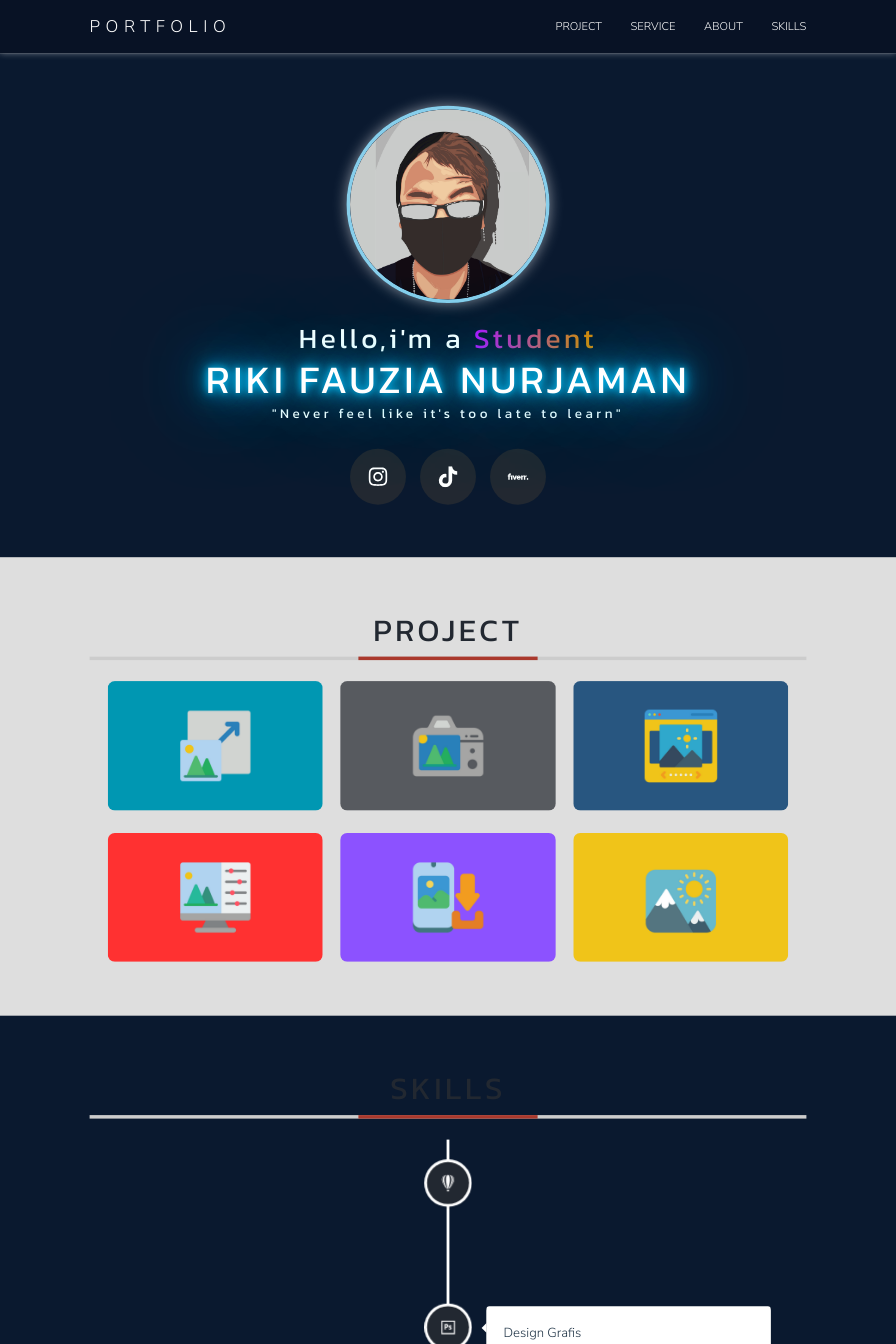
Repository: sellayspy/Portofolio
Page: /
The author's editor kept a copy of each file at every save. The page is drawn from the files as they stood at one save, then again after the next save.
The browser window is 1280 px wide. The pictures show the part of the page from y = 0 to 1920 px (the page is 3848 px tall), at 70% of full size.
The project was rebuilt for these pictures with package versions that can differ from the ones it lists, and the page was loaded fresh each time. Also part of the build but not shown: vite.config.js, src/styles/DetailPortfolio.css, src/components/ScrollToTop.jsx, src/pages/DetailPortfolio.jsx, src/pages/PagesNotFound.jsx.

Above is the page before, as saved 2024-09-15 12:37:36.

### index.html
<!DOCTYPE html>
<html lang="en">
  <head>
    <meta charset="UTF-8" />
    <link rel="icon" type="image/svg+xml" href="/vite.svg" />
    <meta name="viewport" content="width=device-width, initial-scale=1.0" />
    <title>Portofolio RikiFN</title>
  </head>
  <body>
    <div id="root"></div>
    <script type="module" src="/src/main.jsx"></script>
  </body>
</html>

### src/App.jsx
import "./App.css";
import Home from "./pages/Home";
import DetailPortfolio from "./pages/DetailPortfolio";

import { BrowserRouter, Routes, Route } from "react-router-dom";
import PagesNotFound from "./pages/PagesNotFound";

const App = () => {
  return (
    <BrowserRouter>
      <Routes>
        <Route path="/" element={<Home />} />
        <Route path="/portfolio/:id" element={<DetailPortfolio />} />
        <Route path="/pages-not-found" element={<PagesNotFound />} />
        <Route path="*" element={<PagesNotFound />} />
      </Routes>
    </BrowserRouter>
  );
};

export default App;

### src/App.css
/* Global */
@import url("https://fonts.googleapis.com/css2?family=Nunito+Sans:opsz,wght@6..12,300&display=swap");
@import url("https://fonts.googleapis.com/css2?family=Kanit&display=swap");

html,
body {
  margin: 0px;
  padding: 0px;
  font-size: 16px;
  font-family: "Nunito Sans", sans-serif;
  scroll-behavior: smooth;
  background-color: #dedede;
}
.wrapper {
  width: 1024px;
  margin: auto;
  padding: 20px 0px 20px 0px;
}

section {
  padding: 50px 0px 50px 0px;
}

.wrapper > h3,
.wrapper > h1 {
  text-align: center;
  font-size: 2.8rem;
  margin: 0px 0px 30px 0px;
  padding: 0px;
  font-family: "Kanit", sans-serif;
  color: #222831;
  letter-spacing: 5px;
  text-transform: uppercase;
  border-bottom: 5px solid #cccccc;
}
.wrapper > h3::after,
.wrapper > h1::after {
  content: "";
  display: block;
  border-bottom: 5px solid #aa392d;
  width: 25%;
  position: relative;
  bottom: -5px; /* your padding + border-width */
  margin: auto;
}

@media only screen and (max-width: 1000px) {
  .wrapper {
    width: 80%;
  }
}

### src/pages/Home.jsx
import About from "../components/About";
import Experience from "../components/Experience";
import Footer from "../components/Footer";
import Header from "../components/Header";
import Navbar from "../components/Navbar";
import Portfolio from "../components/Portfolio";

function Home() {
  return (
    <>
      <Navbar />
      <Header />
      <Portfolio />
      <Experience />
      <About />
      <Footer />
    </>
  );
}

export default Home;

### src/components/About.jsx
import { FaHtml5 } from "react-icons/fa";
import { IoLogoJavascript } from "react-icons/io";
import { FaCss3 } from "react-icons/fa";
import { FaLaravel } from "react-icons/fa";
import { FaReact } from "react-icons/fa";
import { RiTailwindCssFill } from "react-icons/ri";
import { SiCoreldraw } from "react-icons/si";
import { SiAdobephotoshop } from "react-icons/si";
import "../styles/About.css";

const About = () => {
  return (
    <section id="about">
      <div className="wrapper">
        <h3>About</h3>
        <p>
          Lorem ipsum dolor sit amet consectetur adipisicing elit. Totam magni,
          dolorum, explicabo obcaecati ut impedit officiis quae non natus
          praesentium ex, excepturi asperiores laboriosam distinctio vitae
          cupiditate nulla debitis consectetur?
        </p>
        <p>
          Lorem ipsum dolor sit amet consectetur, adipisicing elit. Corporis,
          similique.
        </p>
        <p>Lorem ipsum dolor sit amet.</p>
        <h4>Programing Language & Tools</h4>
        <div className="skills">
          <FaHtml5 />
          <FaCss3 />
          <IoLogoJavascript />
          <RiTailwindCssFill />
          <FaLaravel />
          <FaReact />
          <SiCoreldraw />
          <SiAdobephotoshop />
        </div>
      </div>
    </section>
  );
};

export default About;

### src/components/Experience.jsx
import {
  VerticalTimeline,
  VerticalTimelineElement,
} from "react-vertical-timeline-component";
import "react-vertical-timeline-component/style.min.css";
import { SiNestjs } from "react-icons/si";
import { FaLaravel } from "react-icons/fa";
import { RiReactjsLine } from "react-icons/ri";
import { RiNextjsFill } from "react-icons/ri";
import { FaJava } from "react-icons/fa";
import { SiCoreldraw } from "react-icons/si";
import { DiPhotoshop } from "react-icons/di";
import "../styles/Experience.css";
const Experience = () => {
  return (
    <section id="experience">
      <div className="wrapper">
        <h3>Skills</h3>

        <VerticalTimeline>
          <VerticalTimelineElement
            className="vertical-timeline-element--work"
            iconStyle={{ background: "#222831", color: "#fff" }}
            icon={<SiCoreldraw />}
          >
            <h3 className="vertical-timeline-element-title">Design Grafis</h3>
            <h4 className="vertical-timeline-element-subtitle">
              2018 - Present
            </h4>
            <p>User Experience, Visual Design</p>
          </VerticalTimelineElement>
          <VerticalTimelineElement
            className="vertical-timeline-element--work"
            iconStyle={{ background: "#222831", color: "#fff" }}
            icon={<DiPhotoshop />}
          >
            <h3 className="vertical-timeline-element-title">Design Grafis</h3>
            <h4 className="vertical-timeline-element-subtitle">
              2018 - Present
            </h4>
            <p>User Experience, Visual Design</p>
          </VerticalTimelineElement>
          <VerticalTimelineElement
            className="vertical-timeline-element--work"
            iconStyle={{ background: "#222831", color: "#fff" }}
            icon={<RiReactjsLine />}
          >
            <h3 className="vertical-timeline-element-title">Web Development</h3>
            <h4 className="vertical-timeline-element-subtitle">
              2018 - Present
            </h4>
            <p>User Experience, Visual Design</p>
          </VerticalTimelineElement>
          <VerticalTimelineElement
            className="vertical-timeline-element--work"
            date="2024 - present"
            iconStyle={{ background: "#222831", color: "#fff" }}
            icon={<RiNextjsFill />}
          >
            <h3 className="vertical-timeline-element-title">Web Designer</h3>
            <h4 className="vertical-timeline-element-subtitle">
              Los Angeles, CA
            </h4>
            <p>User Experience, Visual Design</p>
          </VerticalTimelineElement>
          <VerticalTimelineElement
            className="vertical-timeline-element--work"
            date="2024 - present"
            iconStyle={{ background: "#222831", color: "#fff" }}
            icon={<FaJava />}
          >
            <h3 className="vertical-timeline-element-title">Web Designer</h3>
            <h4 className="vertical-timeline-element-subtitle">
              Los Angeles, CA
            </h4>
            <p>User Experience, Visual Design</p>
          </VerticalTimelineElement>
          <VerticalTimelineElement
            className="vertical-timeline-element--work"
            date="2024 - present"
            iconStyle={{ background: "#222831", color: "#fff" }}
            icon={<SiCoreldraw />}
          >
            <h3 className="vertical-timeline-element-title">Web Designer</h3>
            <h4 className="vertical-timeline-element-subtitle">
              Los Angeles, CA
            </h4>
            <p>User Experience, Visual Design</p>
          </VerticalTimelineElement>
          <VerticalTimelineElement
            className="vertical-timeline-element--work"
            date="2024 - present"
            iconStyle={{ background: "#222831", color: "#fff" }}
            icon={<DiPhotoshop />}
          >
            <h3 className="vertical-timeline-element-title">Web Designer</h3>
            <h4 className="vertical-timeline-element-subtitle">
              Los Angeles, CA
            </h4>
            <p>User Experience, Visual Design</p>
          </VerticalTimelineElement>
        </VerticalTimeline>
      </div>
    </section>
  );
};

export default Experience;

### src/components/Footer.jsx
import "../styles/Footer.css";

const Footer = () => {
  return <footer>&copy; 2024. Riki Fauzia Nurjaman</footer>;
};

export default Footer;

### src/components/Header.jsx
import profilePicture from "../assets/test.png";
import { FaInstagram } from "react-icons/fa";
import { FaTiktok } from "react-icons/fa";
import { SiFiverr } from "react-icons/si";
import "../styles/Header.css";
const Header = () => {
  return (
    <header>
      <div className="header-jumbotron">
        <img src={profilePicture} />
        <div className="header-text">
          <h4>
            Hello,i'm a <span className="sec-text">Student</span>
          </h4>
          <h3>Riki Fauzia Nurjaman</h3>
          <p>"Never feel like it's too late to learn"</p>
        </div>
        <div className="socialMedia">
          <a href="https://www.instagram.com/rikifauzianurjaman/">
            <FaInstagram />
          </a>
          <a href="https://www.tiktok.com/@officialspylike">
            <FaTiktok />
          </a>
          <a href="https://www.fiverr.com/rikifauzianurja">
            <SiFiverr />
          </a>
        </div>
      </div>
    </header>
  );
};

export default Header;

### src/components/Navbar.jsx
import { FaBars } from "react-icons/fa6";
import { IoClose } from "react-icons/io5";
import "../styles/Navbar.css";
import { useState } from "react";
import { HashLink } from "react-router-hash-link";
import { Link } from "react-router-dom";

const Navbar = () => {
  const [statusTampil, setStatusTampil] = useState("");

  const tampilMenu = () => {
    if (statusTampil == "") {
      setStatusTampil("tampil");
    } else {
      setStatusTampil("");
    }
  };
  return (
    <nav>
      <div className="wrapper">
        <div className="logo">
          <Link to="/">Portfolio</Link>
        </div>
        <button onClick={tampilMenu}>
          {statusTampil == "" ? <FaBars /> : <IoClose />}
        </button>
        <div className={`menu ${statusTampil}`} onClick={tampilMenu}>
          <ul>
            <li>
              <HashLink to="/#portfolio">Project</HashLink>
            </li>
            <li>
              <HashLink to="/#contact">Service</HashLink>
            </li>
            <li>
              <HashLink to="/#about">About</HashLink>
            </li>
            <li>
              <HashLink to="/#experience">Skills</HashLink>
            </li>
          </ul>
        </div>
      </div>
    </nav>
  );
};

export default Navbar;

### src/components/Portfolio.jsx
import { portfolioList } from "../data/DataPortfolio";

import { Link } from "react-router-dom";

import "../styles/Portfolio.css";

const Portfolio = () => {
  return (
    <section id="portfolio">
      <div className="wrapper">
        <h3>Project</h3>
        <div className="grid">
          {portfolioList.map((item) => {
            return (
              <div className="item" key={item.id}>
                <Link to={`/portfolio/${item.id}`}>
                  <img src={item.image} />
                </Link>
              </div>
            );
          })}
        </div>
      </div>
    </section>
  );
};

export default Portfolio;

### src/data/DataPortfolio.jsx
import portfolio1 from "../assets/portfolio1.png";
import portfolio2 from "../assets/portfolio2.png";
import portfolio3 from "../assets/portfolio3.png";
import portfolio4 from "../assets/portfolio4.png";
import portfolio5 from "../assets/portfolio5.png";
import portfolio6 from "../assets/portfolio6.png";

export const portfolioList = [
  {
    id: "1",
    title: "Website Portofolio",
    image: portfolio1,
    skill: "html, css, javascript",
  },
  {
    id: "2",
    title: "Website Portofolio2",
    image: portfolio2,
    skill: "laravel, react, api, typescript, tailwind",
  },
  {
    id: "3",
    title: "Website Portofolio3",
    image: portfolio3,
    skill: "react, javascript, css, html",
  },
  {
    id: "4",
    title: "Website Portofolio4",
    image: portfolio4,
    skill: "reactjs, typescript, tailwind, nodejs",
  },
  {
    id: "5",
    title: "Desain Grafis Portofolio",
    image: portfolio5,
    skill: "adobephotoshop, coreldraw",
  },
  {
    id: "6",
    title: "Desain Grafis Portofolio2",
    image: portfolio6,
    skill: "adobephotoshop, coreldraw",
  },
];

### src/styles/About.css
#about {
  background-color: #eaedef;
  position: relative;
  font-size: 1.2rem;
}
#about > .wrapper {
  margin: auto;
  width: 50%;
}
#about > .wrapper > h3 {
  text-align: center;
  font-size: 2.8rem;
  margin: 0px 0px 30px 0px;
  padding: 0px;
  font-family: "Kanit", sans-serif;
  color: #333;
  letter-spacing: 5px;
  text-transform: uppercase;
}
#about > .wrapper > p {
  text-align: center;
}

#about > .wrapper > h4 {
  text-align: center;
  font-size: 1.4rem;
  margin: 0px 0px 20px 0px;
  padding: 0px;
  font-family: "Kanit", sans-serif;
  letter-spacing: 5px;
  color: #333;
}
.skills {
  text-align: center;
}
.skills > svg {
  display: inline-block;
  color: #74797e;
  width: 50px;
  height: auto;
  margin: 10px;
  cursor: pointer;
}

.skills > svg:hover {
  color: #aa392d;
}

@media only screen and (max-width: 1000px) {
  #about > .wrapper {
    width: 80%;
  }
}

### src/styles/Experience.css
#experience {
  background-color: #0a192f;
  position: relative;
}

### src/styles/Footer.css
footer {
  background-color: #39404a;
  text-align: center;
  line-height: 100px;
  color: #fff;
  letter-spacing: 5px;
}

### src/styles/Header.css
header {
  background-color: #0a192f;
  height: 100vh;
  background-position: center center;
  position: relative;
  font-family: "Kanit", sans-serif;
  letter-spacing: 5px;
}

.header-jumbotron {
  position: absolute;
  top: 0;
  left: 0;
  display: flex;
  width: 100%;
  height: 100%;
  justify-content: center;
  align-items: center;
  flex-direction: column;
  text-align: center;
}
.header-jumbotron > img {
  width: 280px;
  border: 5px solid skyblue;
  border-radius: 100%;
  box-shadow: 0px 0px 20px rgba(255, 255, 255, 0.5);
}

.header-jumbotron > .header-text > h4 {
  color: #fff;
  margin: 20px 0px 0px 0px;
  padding: 0px;
  font-size: 2.5rem;
}

.header-jumbotron > .header-text > h4 > span {
  position: relative;
}

.sec-text {
  background: linear-gradient(270deg, #df8908 10%, #b415ff 100%);
  background-clip: text;
  -webkit-background-clip: text;
  -webkit-text-fill-color: transparent;
}

.header-jumbotron > .header-text > h3 {
  position: relative;
  color: #0e3742; /* Warna awal sebelum animasi */
  margin: 10px 0px 0px 0px;
  padding: 0px;
  font-size: 3.5rem;
  text-transform: uppercase;
  line-height: 0.7em;
  outline: none;
  animation: animate 5s linear forwards; /* Menggunakan forwards agar berhenti di akhir */
}

@keyframes animate {
  0% {
    color: #0e3742; /* Warna teks awal */
    text-shadow: none; /* Tidak ada bayangan teks di awal */
  }
  100% {
    color: #fff; /* Warna teks saat menyala */
    text-shadow: 0 0 10px #03bcf4, 0 0 20px #03bcf4, 0 0 40px #03bcf4,
      0 0 80px #03bcf4, 0 0 160px #03bcf4; /* Efek cahaya di akhir animasi */
  }
}

.header-jumbotron > .header-text > p {
  padding: 15px;
  margin: 0px 5px 20px 5px;
  color: #fff;
  font-size: 1.2rem;
}
.socialMedia {
  color: #fff;
  display: flex;
  gap: 20px;
}

.socialMedia > a {
  background-color: #222831;
  color: #fff;
  width: 80px;
  height: 80px;
  border-radius: 50%;
  display: flex;
  justify-content: center;
  align-items: center;
  transition: transform 0.3s ease-in-out;
}
.socialMedia > a > svg {
  height: 30px;
  width: auto;
}
.socialMedia > a:hover {
  background-color: #aa392d;
  box-shadow: 0px 0px 10px rgba(255, 255, 255, 0.5);
  transform: scale(1.2);
}

@media only screen and (max-width: 1000px) {
  .socialMedia > a {
    width: 60px;
    height: 60px;
  }

  .socialMedia > a > svg {
    height: 30px;
    width: auto;
  }
}

### src/styles/Navbar.css
nav {
  background-color: #081225;
  color: #fff;
  position: sticky;
  top: 0;
  z-index: 100;
  text-transform: uppercase;
  box-shadow: 0px 0px 10px rgba(255, 255, 255, 0.5);
}
nav > .wrapper {
  display: flex;
  justify-content: space-between;
  align-items: center;
}

.menu {
  width: 35%;
}

.logo {
  display: flex;
  align-items: center;
}
.logo > a {
  color: #fff;
  text-decoration: none;
  font-size: 1.5rem;
  font-weight: 900;
  letter-spacing: 8px;
}
.menu > ul {
  display: flex;
  list-style-type: none;
  margin: 0px;
  padding: 0px;
  justify-content: space-between;
  font-weight: bold;
}

.menu > ul > li > a {
  position: relative;
  text-decoration: none;
  color: #fff;
}

.menu > ul > li > a::before {
  content: "";
  position: absolute;
  top: 100%;
  left: 0;
  width: 0;
  height: 2px;
  background: yellow;
  transition: 0.3s;
}

.menu > ul > li > a:hover::before {
  width: 100%;
}

nav > .wrapper > button {
  cursor: pointer;
  display: none;
  position: absolute;
  right: 10px;
  top: 10px;
  border: 0px;
  background-color: transparent;
  padding: 0px;
}
nav > .wrapper > button > svg {
  color: #fff;
  font-size: 50px;
}
@media only screen and (max-width: 1000px) {
  .menu > ul {
    display: none;
  }
  .menu.tampil > ul {
    display: inline;
  }
  .menu {
    text-align: right;
  }
  nav > .wrapper > button {
    display: inline;
  }
  .menu > ul {
    flex-direction: column;
    background-color: #060d1c;
    width: 100%;
    position: fixed;
    top: 70px;
    left: 0;
  }
  .menu > ul > li {
    text-align: left;
    cursor: pointer;
  }
  .menu > ul > li > a {
    display: inline-block;
    padding: 15px 20px 15px 50px;
    width: 100%;
  }
  .menu > ul > li > a:hover {
    background-color: #000;
  }
}

### src/styles/Portfolio.css
.grid {
  display: grid;
  grid-template-columns: 30% 30% 30%;
  grid-gap: 25px;
  justify-content: center;
}

.grid > .item > a > img {
  width: 100%;
  border-radius: 10px;
}

@media only screen and (max-width: 1000px) {
  .grid {
    grid-template-columns: 45% 45%;
  }
}

Loaded but not shown: src/main.jsx (common file); src/index.css (common file)

After the next save:
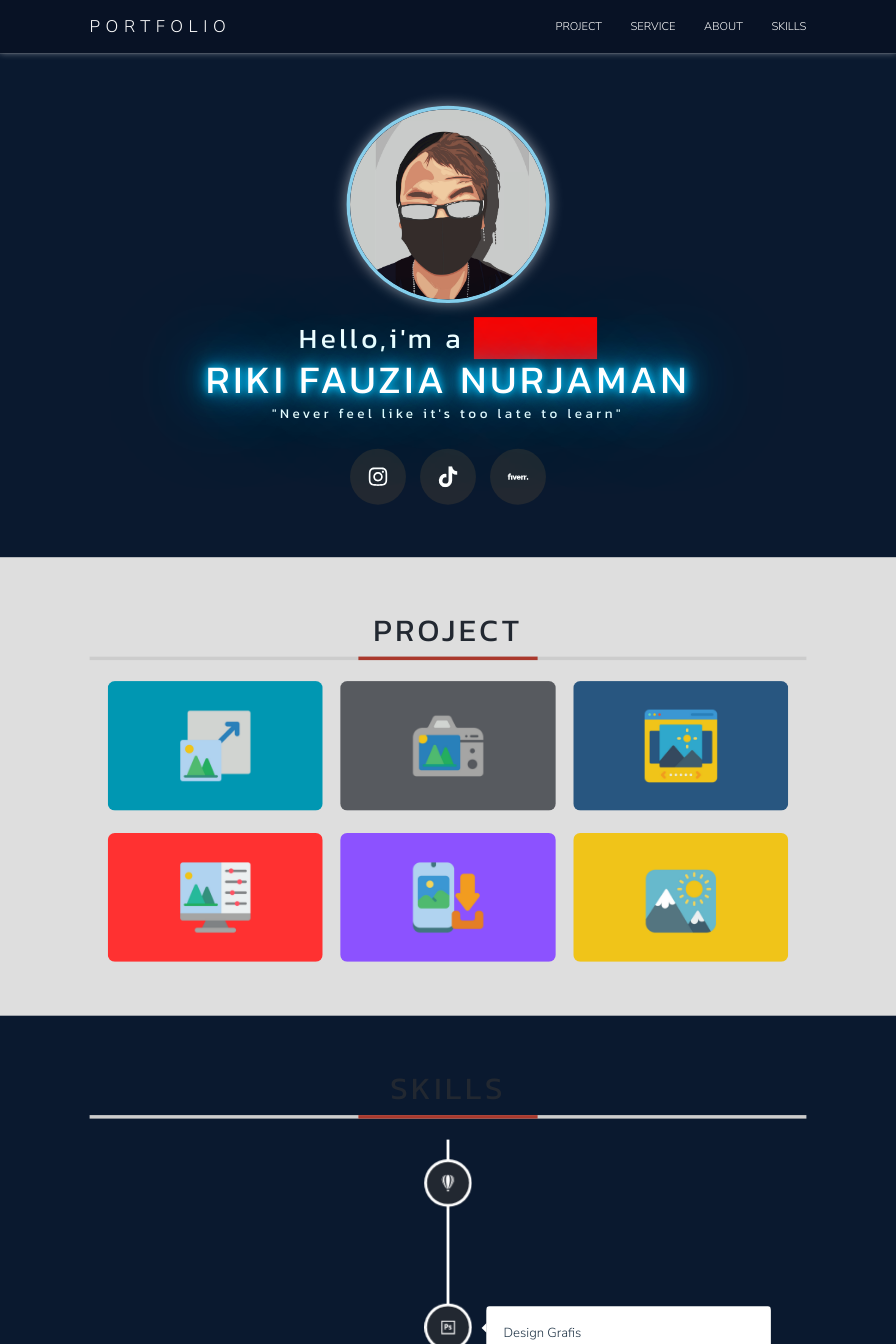
Saved 102 s later.
--- a/src/styles/Header.css
+++ b/src/styles/Header.css
@@ -42,6 +42,16 @@ header {
   background-clip: text;
   -webkit-background-clip: text;
   -webkit-text-fill-color: transparent;
+}
+
+.sec-text::before {
+  content: "";
+  position: absolute;
+  top: 0;
+  left: 0;
+  height: 100%;
+  width: 100%;
+  background-color: red;
 }
 
 .header-jumbotron > .header-text > h3 {
